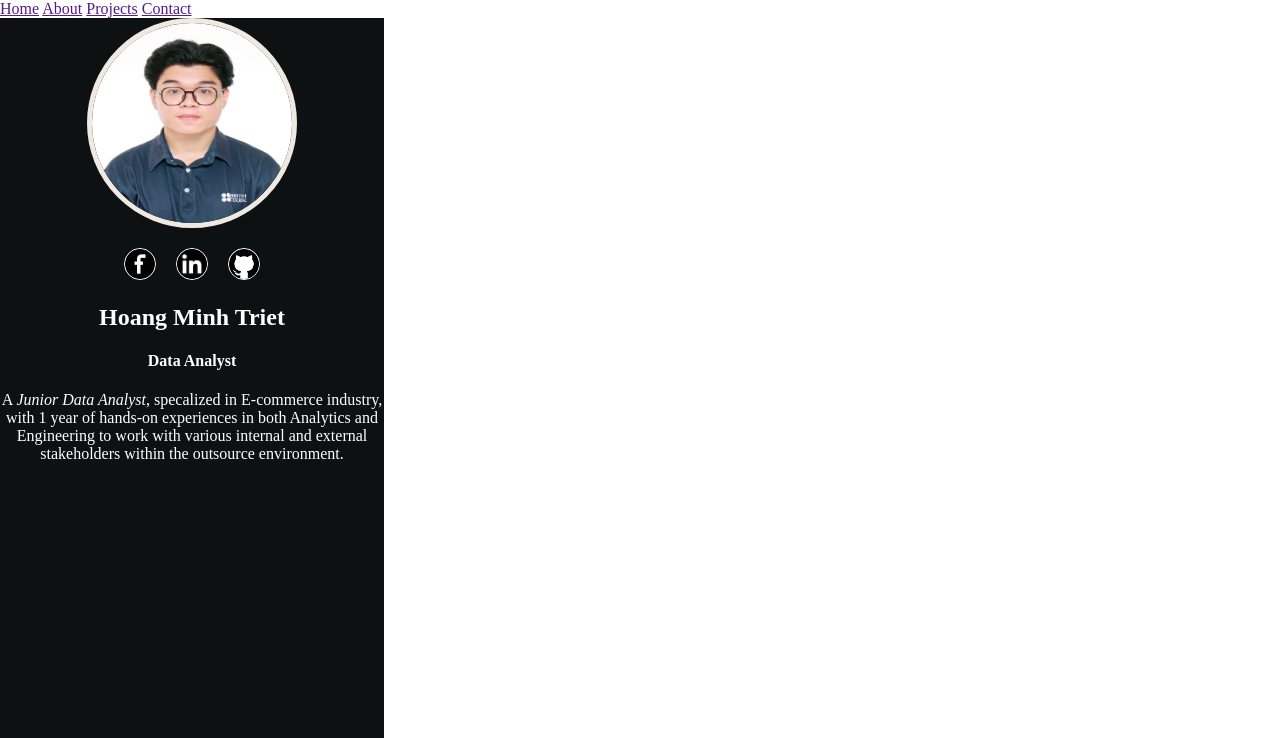
Repository: MinnTrit/personal_website
Page: http://localhost/
The author's editor kept a copy of each file at every save. The page is drawn from the files as they stood at one save, then again after the next save.
The browser window is 1280 px wide. The pictures show the whole page.
The page is served by the project's application, run on Flask 3 (app.py).

Above is the page before, as saved 2025-01-29 09:34:09.

After the next save:
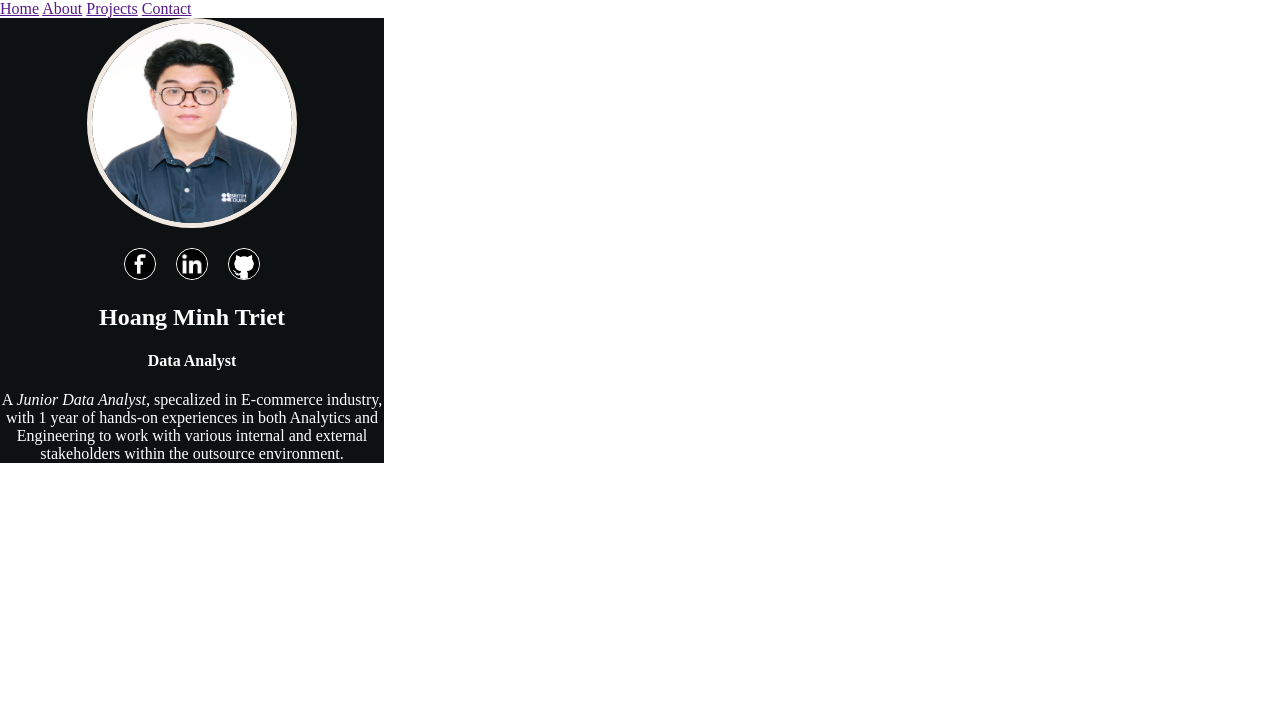
Saved 56 s later.
--- a/templates/index.html
+++ b/templates/index.html
@@ -7,30 +7,34 @@
     <title>Data Engineer - Hoang Minh Triet</title>
 </head>
 <body>
-    <nav class="navbar">
-        <a href="">Home</a>
-        <a href="">About</a>
-        <a href="">Projects</a>
-        <a href="">Contact</a>
-    </nav>
-    <div class="picture">
-        <img src="{{ url_for('static', filename='imgs/personal_image.jpg') }}" alt="personalImage">
-        <div class="information">
-            <a href="https://www.facebook.com/minhtriet05042003/" target="_blank">
-                <img class="facebook" src="{{ url_for('static', filename='imgs/facebook.jpg') }}" alt="facebook">
-            </a>
-            <a href="https://www.linkedin.com/in/minchit0504/" target="_blank">
-                <img class="linkedin" src="{{ url_for('static', filename='imgs/linkedin-logo.png') }}" alt="linkedin">
-            </a>
-            <a href="https://www.linkedin.com/in/minchit0504/" target="_blank">
-                <img class="github" src="{{ url_for('static', filename='imgs/github.png') }}" alt="github">
-            </a>
+    <header>
+        <nav class="navbar">
+            <a href="">Home</a>
+            <a href="">About</a>
+            <a href="">Projects</a>
+            <a href="">Contact</a>
+        </nav>
+    </header>
+    <main>
+        <div class="picture">
+            <img src="{{ url_for('static', filename='imgs/personal_image.jpg') }}" alt="personalImage">
+            <div class="information">
+                <a href="https://www.facebook.com/minhtriet05042003/" target="_blank">
+                    <img class="facebook" src="{{ url_for('static', filename='imgs/facebook.jpg') }}" alt="facebook">
+                </a>
+                <a href="https://www.linkedin.com/in/minchit0504/" target="_blank">
+                    <img class="linkedin" src="{{ url_for('static', filename='imgs/linkedin-logo.png') }}" alt="linkedin">
+                </a>
+                <a href="https://www.linkedin.com/in/minchit0504/" target="_blank">
+                    <img class="github" src="{{ url_for('static', filename='imgs/github.png') }}" alt="github">
+                </a>
+            </div>
+            <div class="pictureText">
+                <h2>Hoang Minh Triet</h2>
+                <h4>Data Analyst</h4>
+                <p>A <em>Junior Data Analyst</em>, specalized in E-commerce industry, with 1 year of hands-on experiences in both Analytics and Engineering to work with various internal and external stakeholders within the outsource environment.</p>
+            </div>
         </div>
-        <div class="pictureText">
-            <h2>Hoang Minh Triet</h2>
-            <h4>Data Analyst</h4>
-            <p>A <em>Junior Data Analyst</em>, specalized in E-commerce industry, with 1 year of hands-on experiences in both Analytics and Engineering to work with various internal and external stakeholders within the outsource environment.</p>
-        </div>
-    </div>
+    </main>
 </body>
 </html>
